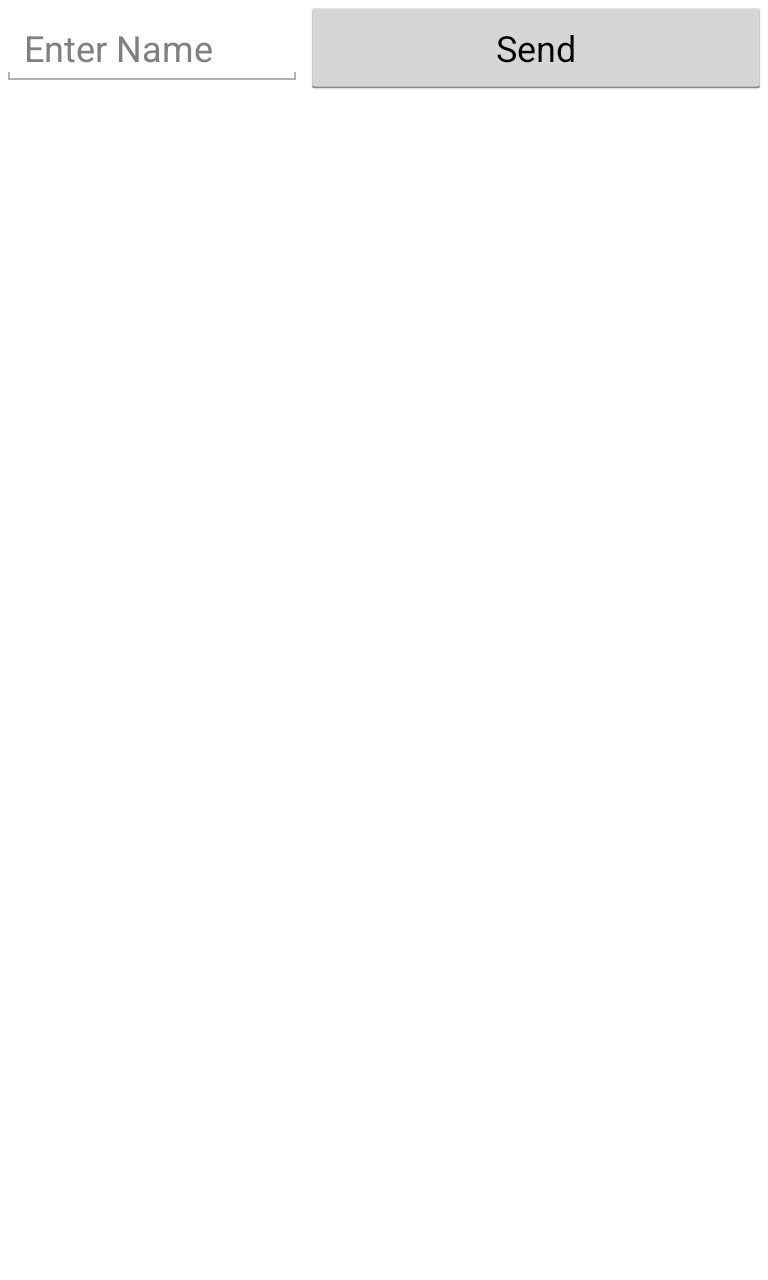
Repository: bvrit-vineeth/android-projects
Layout: MyFirstApp/res/layout/activity_main.xml
These files come from the project's save history. The layout is drawn as it stood at one moment and after the next save; the edit follows.
It is drawn on a 768 x 1280 px phone screen (xhdpi) without system bars, with theme AppTheme; the app's code is not run.

Above is the layout before, as saved 2013-08-18 09:25:09.

### MyFirstApp/res/layout/activity_main.xml
<?xml version="1.0" encoding="utf-8"?>
<LinearLayout xmlns:android="http://schemas.android.com/apk/res/android"
    xmlns:tools="http://schemas.android.com/tools"
    android:layout_width="match_parent"
    android:layout_height="match_parent"
    android:orientation="horizontal" >

    <EditText
        android:id="@+id/editText1"
        android:layout_width="wrap_content"
        android:layout_height="wrap_content"
        android:hint="@string/edit_message"
        android:layout_weight="1" />

    <Button
        android:layout_width="wrap_content"
        android:layout_height="wrap_content"
        android:text="@string/button_send"
        android:layout_weight="5" />
</LinearLayout>

### MyFirstApp/res/values/strings.xml
<?xml version="1.0" encoding="utf-8"?>
<resources>

    <string name="app_name">My First App</string>
    <string name="action_settings">Settings</string>
    <string name="hello_world">Hello world!</string>
    <string name="edit_message">Enter Name</string>
    <string name="button_send">Send</string>

</resources>

Loaded but not shown: MyFirstApp/res/values/styles.xml (common file); MyFirstApp/res/values-v11/styles.xml (common file); MyFirstApp/res/values-v14/styles.xml (common file)

After the next save:
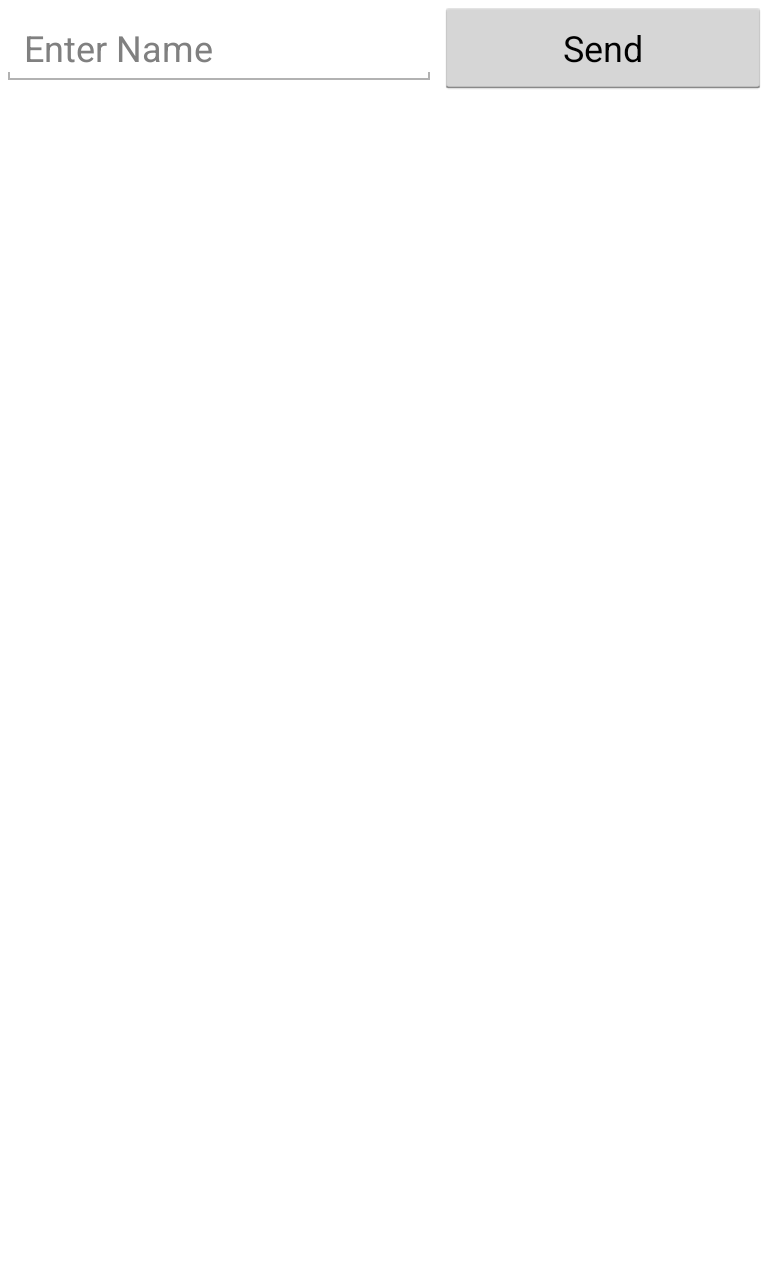
Saved 6 s later.
--- a/MyFirstApp/res/layout/activity_main.xml
+++ b/MyFirstApp/res/layout/activity_main.xml
@@ -16,5 +16,5 @@
         android:layout_width="wrap_content"
         android:layout_height="wrap_content"
         android:text="@string/button_send"
-        android:layout_weight="5" />
+        android:layout_weight="1" />
 </LinearLayout>
